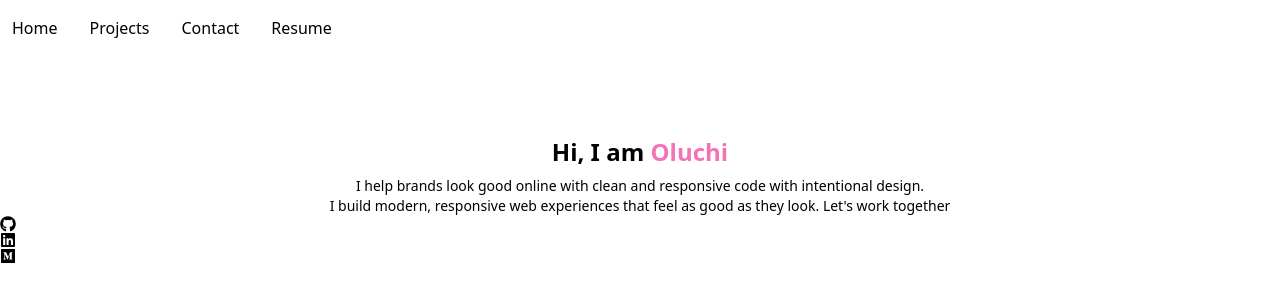
Repository: ooluchi/portfolio_
Page: / (app in my-react-app/)
The author's editor kept a copy of each file at every save. The page is drawn from the files as they stood at one save, then again after a run of saves.
The browser window is 1280 px wide. The pictures show the whole page.
The project was rebuilt for these pictures with package versions that can differ from the ones it lists, and the page was loaded fresh each time. Also part of the build but not shown: my-react-app/vite.config.ts.

Above is the page before, as saved 2025-11-20 11:58:05.

### my-react-app/src/index.css
@import url("https://fonts.googleapis.com/css2?family=Kumbh+Sans:wght@100;200;300;400;500;600;700;800;900&display=swap");

@tailwind base;
@tailwind components;
@tailwind utilities;

* {
    margin: 0;
    padding: 0;
    box-sizing: border-box;
  }

### my-react-app/src/App.tsx


import './index.css'
import Home from './components/Home'
import NavBar from './components/NavBar'

export default function App() {

  return (
    <div className='dark'>
    <NavBar />
    <Home />
    </div>
  )
}

### my-react-app/src/components/Home.tsx
import { FaGithub, FaLinkedin, FaMedium } from "react-icons/fa";

import "../index.css";


export default function Home() {
  return (
    <div>

      <div className="text-center ">
        <h1 className="font-semibold mt-20 text-2xl">Hi, I am <span className="text-pink-400">Oluchi</span></h1>
        <div className="mt-2 text-sm">
          <p>I help brands look good online with clean and responsive code with intentional design.</p>
        <p>I build modern, responsive web experiences that feel as good as they look. Let's work together</p>
        </div>

      </div>
      <div>
        <a
          href="https://github.com/ooluchi"
          target="_blank"
          rel="noreferrer"
          aria-label="GitHub"
        >
          <FaGithub/>
        </a>
        <a
          href="https://github.com/ooluchi"
          target="_blank"
          rel="noreferrer"
          aria-label="LinkedIn"
        >
        <FaLinkedin />
        </a>

        <a
          href="https://medium.com/@ooluchiokoro"
          target="_blank"
          rel="noreferrer"
          aria-label="Medium"
        >
          <FaMedium />
        </a>

      </div>
    </div>
  )
}

### my-react-app/src/components/NavBar.tsx

import "../index.css";





export default function NavBar() {

  // const [isOpen, setIsOpen] = useState(false);

  return (
    <nav className="text-center">
      <div className="text-center py-4 ">
        <div className="">
          <div className="lg:hidden">

          </div>
          <div className="w-full lg:block">
            <ul className={`flex flex-row align-justify gap-8 ml-3 lg:static`}>
              <li className=""><a href="#">Home</a></li>
              <li className=""><a href="#">Projects</a></li>
              <li className=""><a href="#">Contact</a></li>
              <li className=""><a href="#">Resume</a></li>
            </ul>
          </div>

        </div>


      </div>

    </nav>
  )
}

Loaded but not shown: my-react-app/index.html (common file); my-react-app/src/main.tsx (common file); my-react-app/tailwind.config.js (common file)

After the next 3 saves:
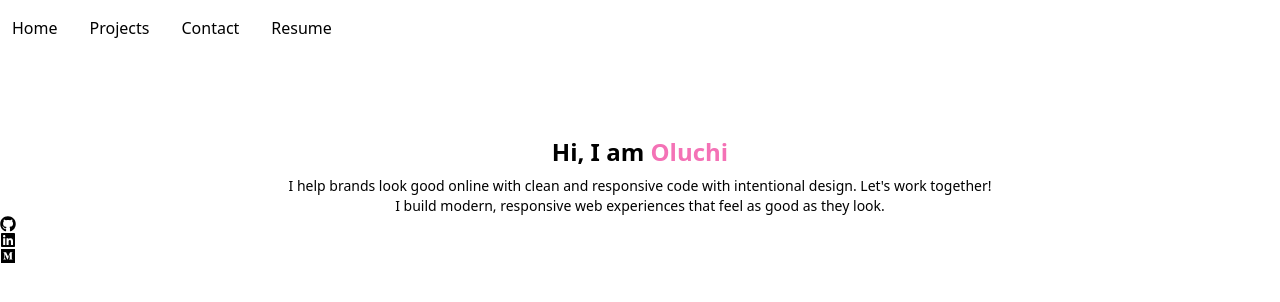
The 3 saves are shown as one change because they came seconds apart.
The last was saved 13 s later.
--- a/my-react-app/src/components/Home.tsx
+++ b/my-react-app/src/components/Home.tsx
@@ -10,8 +10,8 @@ export default function Home() {
       <div className="text-center ">
         <h1 className="font-semibold mt-20 text-2xl">Hi, I am <span className="text-pink-400">Oluchi</span></h1>
         <div className="mt-2 text-sm">
-          <p>I help brands look good online with clean and responsive code with intentional design.</p>
-        <p>I build modern, responsive web experiences that feel as good as they look. Let's work together</p>
+          <p>I help brands look good online with clean and responsive code with intentional design. Let's work together!</p>
+        <p>I build modern, responsive web experiences that feel as good as they look. </p>
         </div>
 
       </div>
